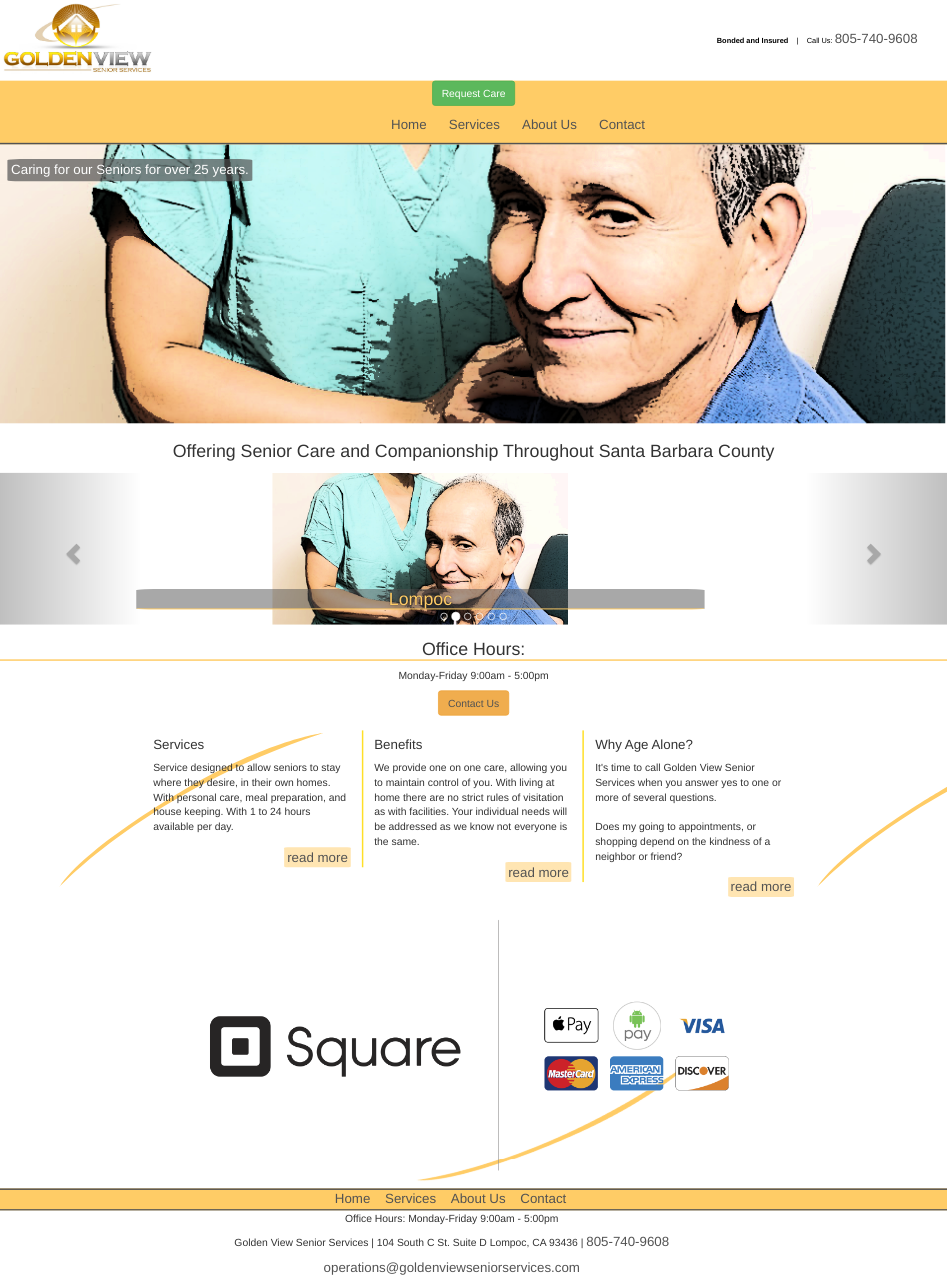
Repository: alprusa/GoldenViewWebsiteMockup
Page: GoldenViewWebsite/index.html
These files come from the project's save history. The page is drawn as it stood at one moment and after the next save; the edit follows.
The browser window is 1280 px wide. The pictures show the whole page, at 74% of full size.

Above is the page before, as saved 2017-07-30 18:24:45.
Console error: TypeError: Failed to execute 'insertBefore' on 'Node': parameter 1 is not of type 'Node'.

### GoldenViewWebsite/index.html
<!DOCTYPE html>
<html lang="en">
	<head>
		<meta charset="utf-8">

		<!-- Always force latest IE rendering engine (even in intranet) & Chrome Frame
		Remove this if you use the .htaccess -->
		<meta http-equiv="X-UA-Compatible" content="IE=edge,chrome=1">

		<title>Golden View Senior Services</title>
		<meta name="description" content="">
		<meta name="author" content="Alisa Prusa">

		<meta name="viewport" content="width=device-width; initial-scale=1.0">
		<meta name="google-site-verification" content="rB7Tis3nIzl6JhJXk6SmgAPoLWKkFKIOC32nVlrz31w" />

		<!-- Replace favicon.ico & apple-touch-icon.png in the root of your domain and delete these references -->
		<link rel="shortcut icon" href="/favicon.ico">
		<link rel="apple-touch-icon" href="/apple-touch-icon.png">

		<link href="defaultStyle.css" rel="stylesheet" type="text/css">
		<link rel="stylesheet" href="bootstrap/css/bootstrap.min.css">

		<style>
			#SwooshDiv{
				margin: 0 auto;
				background-image: url("img/SwooshesMain.svg");
				background-repeat: repeat-x;
				background-size: 80% 100%
			}
		</style>

		<!-- IE FIX -->

        <!--[if lt IE 9]>

			<script src="http://ajax.googleapis.com/ajax/libs/jquery/1.7.0/jquery.min.js"></script>
        	<script src="/js/html5shiv.js"></script>
      		<script src="/js/respond.js"></script>

        <![endif]-->

        <!-- END IE FIX -->
	</head>

	<body>
		<div id="mainNav">
			<!--Logo image button to go make to main page-->
			<div id="staticBanner">
	            <p id="logoP"><a href="./">
	            	<img src="img/goldenViewLogo.jpg" class="img-responsive" id="logo"/>
	            </a></p>
	            <p id="topInfo"><b>Bonded and Insured</b> &nbsp;&nbsp; | &nbsp;&nbsp; Call Us: <a href="tel:805-740-9608" value="+18057409608">805-740-9608</a></p>
            </div>

			<!--Navbar html section-->
			<nav class="navbar navbar-static-top" style="clear: both;" role="navigation">
                <div class="container-fluid">
					<a href="requestcare" id="careA"><button class="btn-success btn" id="careButton">Request Care</button></a>
                    <div class="navbar-header" id="navToggler" style="clear:both;">
                        <!--Button that is created for menu when screen size reaches a certain limit-->
                        <button id="collapseButton" type="button" class="navbar-toggle" data-toggle="collapse" data-target=".navbar-collapse">
                            <span class="icon-bar"></span>
                            <span class="icon-bar"></span>
                            <span class="icon-bar"></span>
                        </button>
                    </div>

                    <!--Buttons to go to different pages of the website-->
                    <div class="collapse navbar-collapse" id="navItems">
                        <ul class="nav navbar-nav" id="navUl">
                            <li><a href="./">Home</a></li>
							<li><a href="services/">Services</a></li>
							<li><a href="about/">About Us</a></li>
							<li><a href="contact/">Contact</a></li>
                        </ul>
                    </div>
                </div>
             </nav>

             <h4 id="caringTextOverlay">Caring for our Seniors for over 25 years.</h4>
             <img src="img/PatientCareHomeSplash.png" alt="PatientCare" class="img-responsive" width="100%" height="50%">

             <!--Body Text-->
			<h3 style="padding: 5px; text-align: center; border: none;">Offering Senior Care and Companionship Throughout Santa Barbara County</h3>

             <!--carousel html section-->
             <div id="containerContent">
                <!--Setup the Carousel slides to be able to assign the images/videos to a slide index-->
                <div id="thecarousel" class="carousel slide" data-ride="carousel">
                    <ol class = "carousel-indicators">
                        <li data-target = "#thecarousel" data-slide-to = "0" class = "active"></li>
                        <li data-target = "#thecarousel" data-slide-to = "1"></li>
                        <li data-target = "#thecarousel" data-slide-to = "2"></li>
                        <li data-target = "#thecarousel" data-slide-to = "3"></li>
                        <li data-target = "#thecarousel" data-slide-to = "4"></li>
                        <li data-target = "#thecarousel" data-slide-to = "5"></li>
                    </ol>

                <!--Adding the content images/videos to the Carousel slide-->
                <div class="carousel-inner" role="listbox">
                    <!--Image slide index 0 the Forest Biome mockup image-->
                    <div class="item active">
                        <img src="img/PatientCareSliderSize.png" alt="Lompoc" class="carouselItems img-responsive">
                        <div class="carousel-caption">
                            <h3 class="carouselText">Lompoc</h3>
                        </div>
                    </div>

                    <!--Image slide index 1 the avatar spritesheet-->
                    <div class="item">
                        <img src="img/PatientCareSliderSize.png" alt="Buelton" class="carouselItems img-responsive">
                        <div class="carousel-caption">
                            <h3 class="carouselText">Buellton</h3>
                        </div>
                    </div>

                    <!--Video slide index 2 the core release video-->
                    <div class="item">
                        <img src="img/PatientCareSliderSize.png" alt="Solvang" class="carouselItems img-responsive">
                        <div class="carousel-caption">
                            <h3 class="carouselText">Solvang</h3>
                        </div>
                    </div>

                    <!--Video slide index 3 the core release video-->
                    <div class="item">
                        <img src="img/PatientCareSliderSize.png" alt="Solvang" class="carouselItems img-responsive">
                        <div class="carousel-caption">
                            <h3 class="carouselText">Santa Maria</h3>
                        </div>
                    </div>

                    <!--Video slide index 4 the core release video-->
                    <div class="item">
                        <img src="img/PatientCareSliderSize.png" alt="Solvang" class="carouselItems img-responsive">
                        <div class="carousel-caption">
                            <h3 class="carouselText">Santa Ynez</h3>
                        </div>
                    </div>

                    <!--Video slide index 5 the core release video-->
                    <div class="item">
                        <img src="img/PatientCareSliderSize.png" alt="Solvang" class="carouselItems img-responsive">
                        <div class="carousel-caption">
                            <h3 class="carouselText">San Luis Obispo</h3>
                        </div>
                    </div>
                </div>

                <!--Adding a previous arrow button to look at the previous Carousel slides-->
                <a class="carousel-control left" href = "#thecarousel" role="button" data-slide = "prev">
                    <span class="glyphicon glyphicon-chevron-left" aria-hidden="true"></span>
                    <span class="sr-only">Previous</span>
                </a>

                <!--Adding a next arrow button to look at the next Carousel slides-->
                <a class="carousel-control right" href = "#thecarousel" role="button" data-slide = "next">
                    <span class="glyphicon glyphicon-chevron-right" aria-hidden="true"></span>
                    <span class="sr-only">Next</span>
                </a>
                </div>
			</div>

			<div align="center">
				<h3>Office Hours:</h3>
				<p>Monday-Friday 9:00am - 5:00pm</p>
				<a href="contact/"><button class="btn-warning btn" style="color: #535353;">Contact Us</button></a>
			</div><br/>

			<!--Read more info direction sections-->
			<div id="SwooshDiv">
			<div id="columnData" class="row">
			    <div class="dataList spaceList col-sm-4">
			    	<h4>Services</h4>
			    	<p>Service designed to allow seniors to stay where they desire, in their own homes. With personal care,
			    		meal preparation, and house keeping. With 1 to 24 hours available per day.
			    		<br><br>
			    		<a href="services/" class="readMore"><mark>read more</mark></a>
			    	</p>
			    </div>
			    <div class="dataList spaceList col-sm-4">
			    	<h4>Benefits</h4>
			    	<p>We provide one on one care, allowing you to maintain control of you. With living at home there are no
			    		strict rules of visitation as with facilities. Your individual needs will be addressed as we know
			    		not everyone is the same.
			    		<br><br>
			    		<a href="/services/index.html#benefits" class="readMore"><mark>read more</mark></a>
			    	</p>
			    </div>
			     <div class="spaceList col-sm-4">
			     	<h4>Why Age Alone?</h4>
			    	<p>It's time to call Golden View Senior Services when you answer yes to one or more of several questions.
			    		<br><br>Does my going to appointments, or shopping depend on the kindness of a neighbor or friend?
			    		<br><br>
			    		<a href="whyagealone/" class="readMore"><mark>read more</mark></a>
			    	</p>
			    </div>
			</div>

			<!--Credit Card info--->
			<img class="img-responsive" id="cardImg" src="img/CreditCards.png"/>

			</div>

			<!--Buttons to go to different pages of the website-->
            <div>
                <ul id="navFooter">
                    <li><a href="./">Home</a></li>
					<li><a href="services/">Services</a></li>
					<!--<li><a href="./"><img src="img/goldenViewLogo.jpg" id="logoBottom"/></a></li>-->
					<li><a href="about/">About Us</a></li>
					<li><a href="contact/">Contact</a></li>
                </ul>
            </div>

			<!--Footer section-->
             <footer id="footer" class="row">
             	<p>Office Hours: Monday-Friday 9:00am - 5:00pm</p>
				<p>
					Golden View Senior Services | 104 South C St. Suite D Lompoc, CA 93436 | <a href="tel:805-740-9608" value="+18057409608">805-740-9608</a>
				</p>
				<p>
	            	<a id="emails" title="operations@goldenviewseniorservices.com" href="mailto:operations@goldenviewseniorservices.com?subject=Golden View Senior Services">operations@goldenviewseniorservices.com</a>
	            </p>
			</footer>
        </div>

		<script src="jquery-1.2.0.js"></script>
    	<script src="bootstrap/js/bootstrap.min.js"></script>
    	<script src="js/CssChanger.js"></script>
	</body>
</html>

### GoldenViewWebsite/defaultStyle.css
body{
	color: white;
}

h3{
	border-bottom: 2px solid #ffcc66;
}

a{
	margin: 0 auto;
	font-size: 18px;
	color: #535353 !important;
}

/*make it so the logo home page button does not have the hover effect that the other buttons have*/
a:hover,
a:focus{
    text-decoration: underline !important;
	color:#535353 !important;
	text-decoration-color: #535353 !important;
}

mark{
	background-color: rgba(255, 204, 102, 0.5) !important;
	color: #535353 !important;
	border-radius: 5%;
}

/*navigation bar css content*/
nav{
	border-bottom: 2px #535353 solid !important;
}

.navbar-collapse { border-color: rgba(83, 83, 83, 0.3) !important; }

#mainNav{
    top: 1%;
    width: 100%;
    height: 50px;
    float:center;
}

.navbar{
    background-color: #ffcc66 !important;
    text-align: center;
    float:center;
    color: #901389;
    margin: 0 auto !important;
}

.navbar .navbar-nav {
  display: inline-block;
  float: none;
  vertical-align: top;
}

.navbar .navbar-collapse {
  text-align: center;
}

.navbar .navbar-toggle .icon-bar{
  background-color: #535353 !important;
}

.navbar .navbar-toggle{
  border-color: #535353 !important;
}

/*content inside the navigation bar*/

#navItems a:hover,
#navItems a:focus{
    background-color: #ffcc66 !important;
}

#logo{
	margin: 0 auto;
    width:200px;
}

#logoP{
	float:left;
	padding-top: 5px;
	padding-left: 5px;
}

#topInfo{
	float: right;
	text-align: center;
	margin: auto;
	color:black;
	padding: 40px;
	padding-bottom: 5px;
	font-size: 10px;
}

#careOuter{
	float: right;
	padding-right: 10px;
}

#careInner{
	float: left;
	padding-left: 10px;
}

/*carousel css content8*/
.carousel-control{
    margin: 0 auto;
}

.carouselItems{
    margin: 0 auto;
    float:  center;
    width: 400px;
    height: 140px;
}

.carousel-indicators{
	top:90%;
}

.carousel-caption{
	top:57%;
}

.carouselText{
	background-color: rgba(83, 83, 83, 0.5) !important;
	color: #ffcc66 !important;
	border-radius: 5%;
}

/*three column text*/
#columnData{
	margin: 0 auto;
    float:  center;
    width: 70%;
    margin-bottom: 5px;
}

.dataList{
	border-right: 2px #ffcc66 solid;
}

.spaceList{
	margin: 0 auto;
	padding-left: 3px;
	padding-right: 3px;
}

#caringTextOverlay{
	position: absolute;
	margin-top: 20px;
	margin-left: 10px;
	z-index: 10000;
	padding: 5px;
	background-color: rgba(83, 83, 83, 0.7) !important;
	color: white !important;
	border-radius: 5%;
}

#containerText{
	margin: 0 auto;
	float:center;
	width: 80%;
}

.swoosh{
    position: absolute; /* Stay in place */
    z-index: -1000; /* Sit on bottom */
   	opacity: 0.7;
}

#cardImg{
	margin: auto;
	width: 100%;
}

/*footer content*/
#footer{
	margin: 0 auto;
	background-color:#FFFFFF;
	text-align: center;
	padding-right: 5%;
	padding-left: 5px;
}

#navFooter{
	margin: 0 auto;
	background-color: #ffcc66 !important;
	list-style-type: none;
	text-align: center;
	border-top: 2px #535353 solid;
	border-bottom: 2px #535353 solid;
	padding-right: 8%;
}

#navFooter li{
	margin: auto;
	display: inline;
	padding: 8px;
}

#logoBottom{
	margin: auto;
    width: 100px;
    border: 2px #ffcc66 solid;
}

#navUl{
	padding-left: 120px;
}

@media (max-width: 600px){
	.carouselItems{
		width: 200px;
    	height: 70px;
	}
}

@media (max-width: 800px){
	#navUl{
		padding-left:0px;
		margin: auto;
	}
}

@media (min-width: 1000px){
	#cardImg{
		width: 60%;
	}
}

@media (max-width: 400px){
	.swoosh{
	    width: 50%;
	    height: 50%;
	}

	a{
		font-size: 12px;
	}
}

### GoldenViewWebsite/js/CssChanger.js
$(document).ready(function(){
	if($("#collapseButton").is(":visible")){
	    $(".dataList").css("border", "none");
	    $(".dataList").css("border-bottom", "2px #ffdf27 solid");
	    $(".dataList").css("padding-bottom", "5px");

	    $(".readMore").css("padding-left", "40%");
	    $(".readMore").css("float", "none");

	    //$("#careButton").css("float", "left");

	    var careB = document.getElementById("careA");
	    $("#navToggler").insertBefore($("#collapseButton"), careB.firstChild);

    }
    else{
    	$(".dataList").css("border", "none");
    	$(".dataList").css("border-right", "2px #ffdf27 solid");
	    $(".dataList").css("padding-bottom", "0px");

	    $(".readMore").css("padding-left", "0");
	    $(".readMore").css("float", "right");

	    //$("#careButton").css("float", "right");


	    document.insertBefore($("#navToggler"), $("#careA"));
    }

    if(window.innerWidth > 550){
    	$("#logoP").css("float", "left");
    	if($("#topInfo").hasClass("hidden")) $("#topInfo").removeClass("hidden");
    }else{
    	$("#topInfo").addClass("hidden");
    	$("#logoP").css("float", "none");
    }

    if(window.innerWidth > 1300){
    	$("#infoContainer").insertAfter($("#mapContainer"));
    }else{
    	$("#mapContainer").insertAfter($("#infoContainer"));
    }

    $(window).on('resize', function() {
    	if($("#collapseButton").is(":visible")){
		    $(".dataList").css("border", "none");
		    $(".dataList").css("border-bottom", "2px #ffdf27 solid");
		    $(".dataList").css("padding-bottom", "5px");

		    $(".readMore").css("padding-left", "40%");
		    $(".readMore").css("float", "none");

		    //$("#careButton").css("float", "left");

		    var careB = document.getElementById("careA");
		    var x = document.getElementById("navToggler").firstChild.innerHTML;
	    	x = careB;
	    }
	    else{
	    	$(".dataList").css("border", "none");
	    	$(".dataList").css("border-right", "2px #ffdf27 solid");
		    $(".dataList").css("padding-bottom", "0px");

		    $(".readMore").css("padding-left", "0");
		    $(".readMore").css("float", "right");

		    //$("#careButton").css("float", "right");

		   	var careB = document.getElementById("careA");
		    var x = document.getElementById("navToggleContainer").firstChild.innerHTML;
	    	x = careB;
	    }

	    if(window.innerWidth > 570){
	    	$("#logoP").css("float", "left");
	    	$("#buttonBreak").addClass("hidden");

	    	if($("#topInfo").hasClass("hidden")) $("#topInfo").removeClass("hidden");
	    }else{
	    	$("#topInfo").addClass("hidden");
	    	$("#logoP").css("float", "none");

	    	if($("#buttonBreak").hasClass("hidden")) $("#buttonBreak").removeClass("hidden");

	    }

	    if(window.innerWidth > 1300){
	    	$("#infoContainer").insertAfter($("#mapContainer"));
	    }else{
	    	$("#mapContainer").insertAfter($("#infoContainer"));
	    }
    });
});

//to fix
//issue the request care button does not do not center in phone instantly
//issue the request care button page form does not do not center all input boxes in phone instantly

Loaded but not shown: GoldenViewWebsite/bootstrap/css/bootstrap.min.css (library); GoldenViewWebsite/jquery-1.2.0.js (library); GoldenViewWebsite/bootstrap/js/bootstrap.min.js (library)

After the next save:
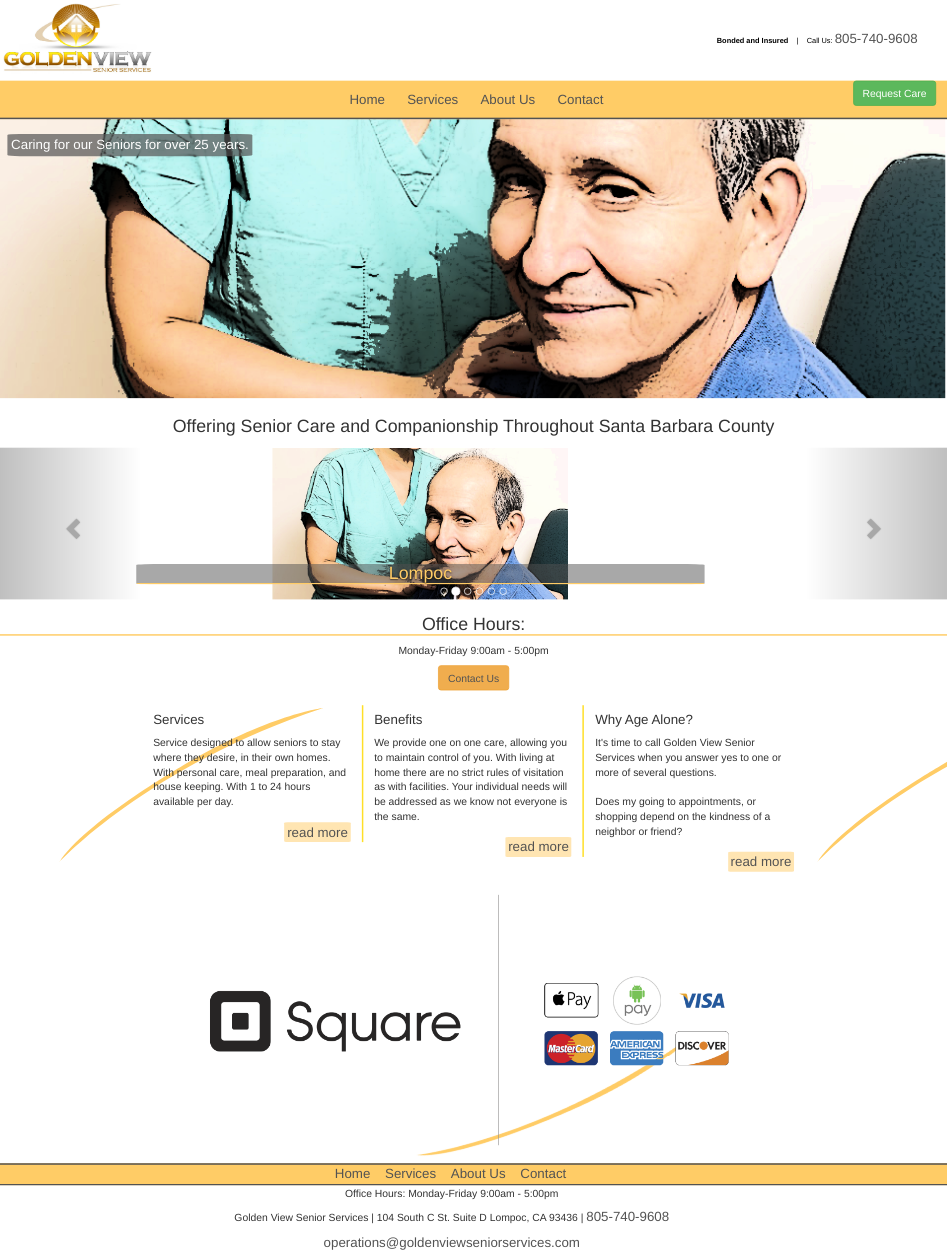
Saved 19 s later.
--- a/GoldenViewWebsite/js/CssChanger.js
+++ b/GoldenViewWebsite/js/CssChanger.js
@@ -7,7 +7,7 @@
 	    $(".readMore").css("padding-left", "40%");
 	    $(".readMore").css("float", "none");
 
-	    //$("#careButton").css("float", "left");
+	    $("#careButton").css("float", "left");
 
 	    var careB = document.getElementById("careA");
 	    $("#navToggler").insertBefore($("#collapseButton"), careB.firstChild);
@@ -21,7 +21,7 @@
 	    $(".readMore").css("padding-left", "0");
 	    $(".readMore").css("float", "right");
 
-	    //$("#careButton").css("float", "right");
+	    $("#careButton").css("float", "right");
 
 
 	    document.insertBefore($("#navToggler"), $("#careA"));
@@ -50,7 +50,7 @@
 		    $(".readMore").css("padding-left", "40%");
 		    $(".readMore").css("float", "none");
 
-		    //$("#careButton").css("float", "left");
+		    $("#careButton").css("float", "left");
 
 		    var careB = document.getElementById("careA");
 		    var x = document.getElementById("navToggler").firstChild.innerHTML;
@@ -64,7 +64,7 @@
 		    $(".readMore").css("padding-left", "0");
 		    $(".readMore").css("float", "right");
 
-		    //$("#careButton").css("float", "right");
+		    $("#careButton").css("float", "right");
 
 		   	var careB = document.getElementById("careA");
 		    var x = document.getElementById("navToggleContainer").firstChild.innerHTML;

After the save that followed:
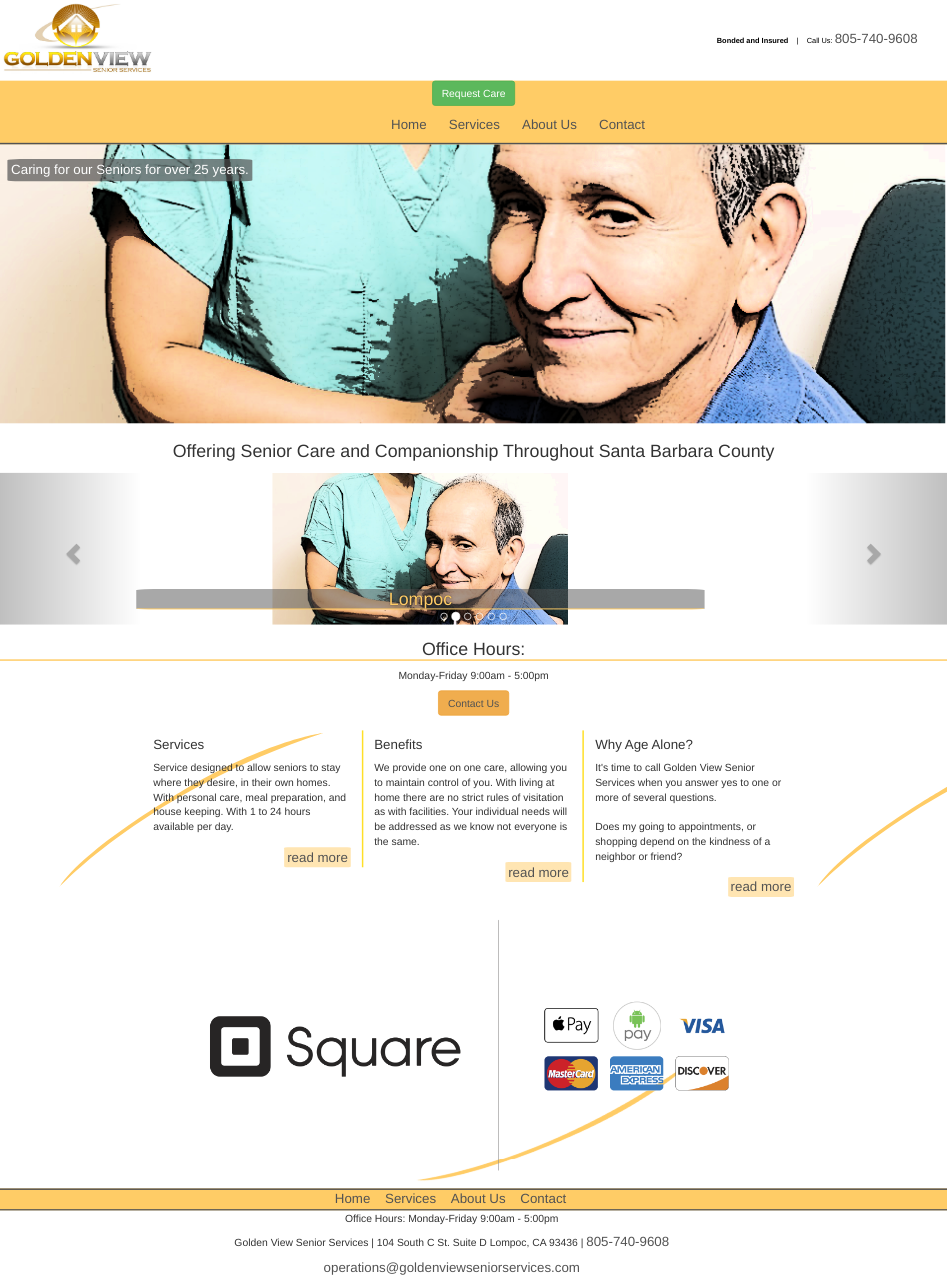
The error is gone.
Saved 33 s later.
--- a/GoldenViewWebsite/js/CssChanger.js
+++ b/GoldenViewWebsite/js/CssChanger.js
@@ -7,10 +7,10 @@
 	    $(".readMore").css("padding-left", "40%");
 	    $(".readMore").css("float", "none");
 
-	    $("#careButton").css("float", "left");
+	    /*$("#careButton").css("float", "left");
 
 	    var careB = document.getElementById("careA");
-	    $("#navToggler").insertBefore($("#collapseButton"), careB.firstChild);
+	    $("#navToggler").insertBefore($("#collapseButton"), careB.firstChild);*/
 
     }
     else{
@@ -21,10 +21,9 @@
 	    $(".readMore").css("padding-left", "0");
 	    $(".readMore").css("float", "right");
 
-	    $("#careButton").css("float", "right");
+	    /*$("#careButton").css("float", "right");
 
-
-	    document.insertBefore($("#navToggler"), $("#careA"));
+	    document.insertBefore($("#navToggler"), $("#careA"));*/
     }
 
     if(window.innerWidth > 550){
